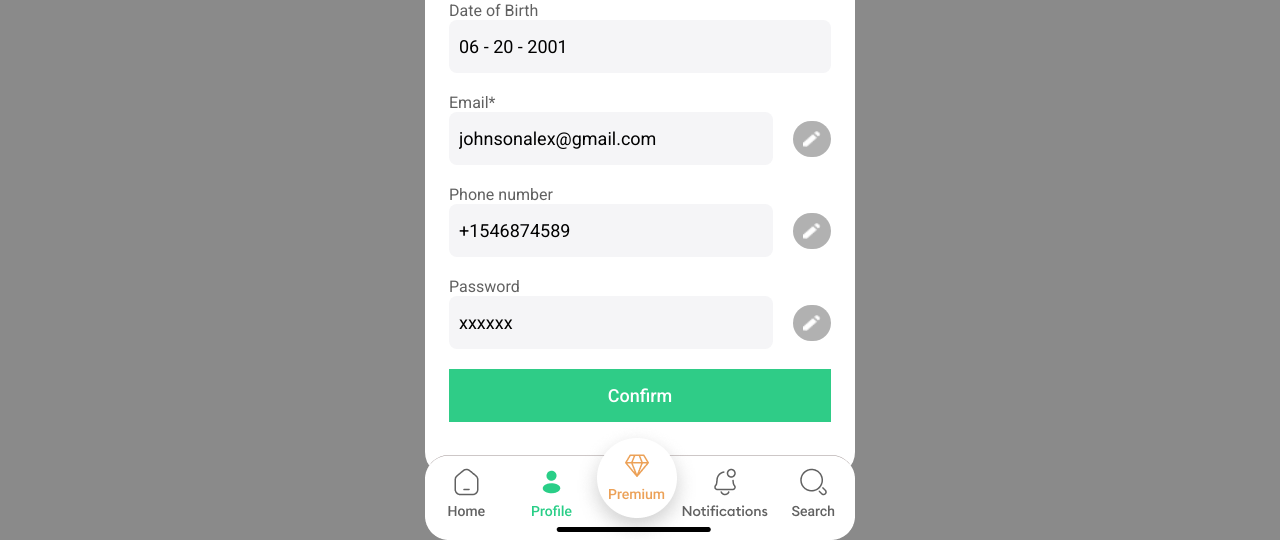
Repository: AytacSafarova/Task-figma-ui
Page: index.html
These files come from the project's save history. The page is drawn as it stood at one moment and after the next save; the edit follows.
The browser window is 1280 px wide. The pictures show the part of the page from y = 300 to 840 px (the page is 840 px tall).

Above is the page before, as saved 2023-02-25 19:46:24.

After the next save:
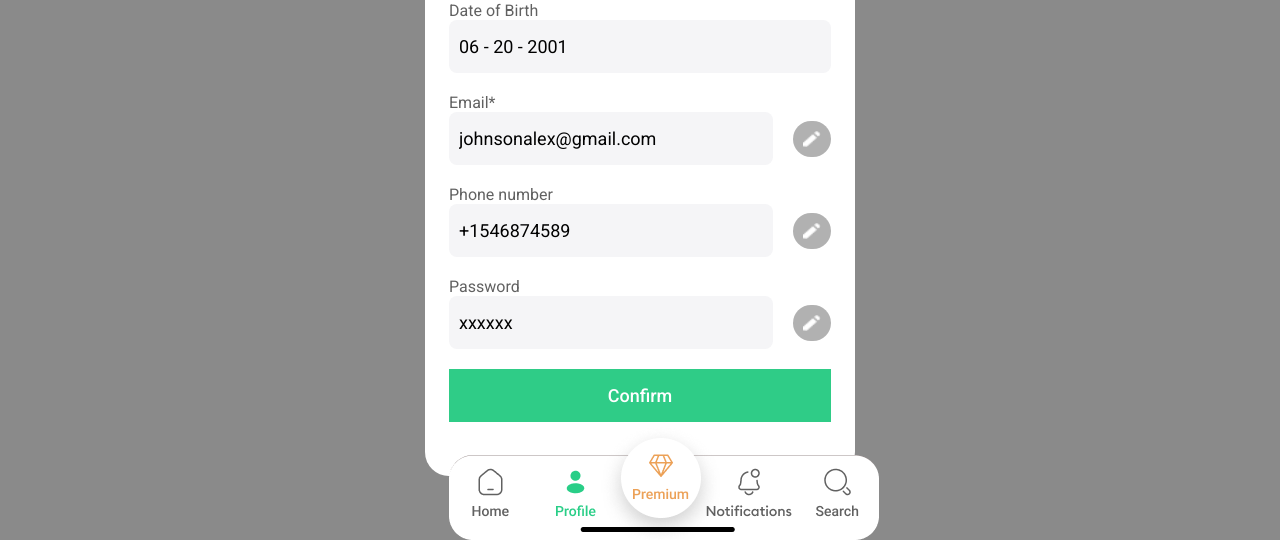
Saved 4 s later.
--- a/index.css
+++ b/index.css
@@ -139,5 +139,5 @@
 }
 footer {
   position: absolute;
-  left: 0;
+
 }

After the save that followed:
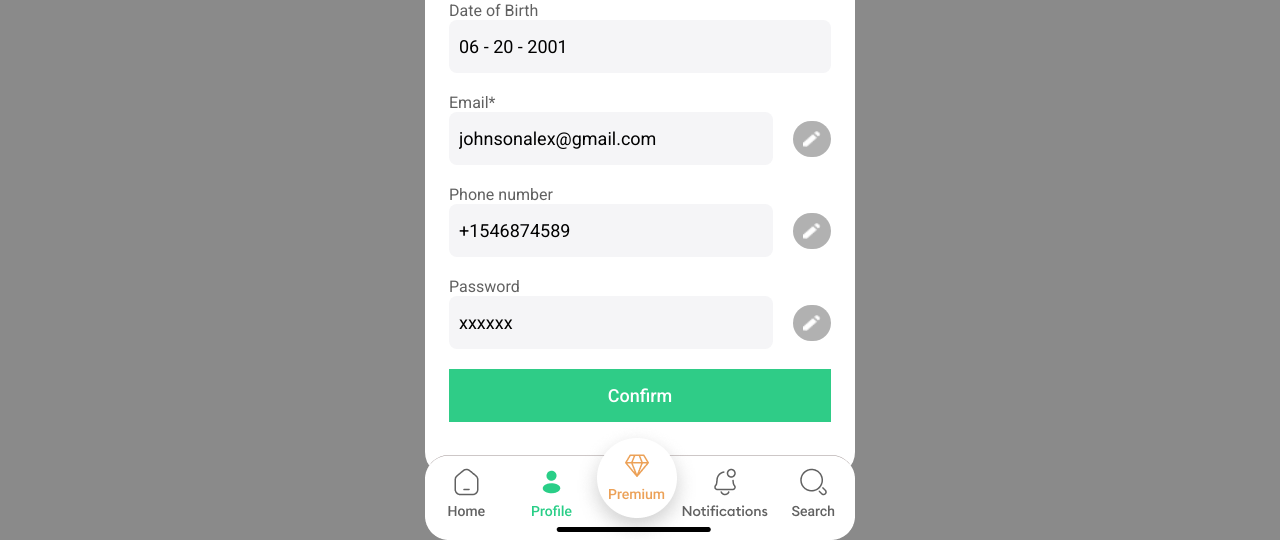
Saved 5 s later.
--- a/index.css
+++ b/index.css
@@ -139,5 +139,5 @@
 }
 footer {
   position: absolute;
-
+  left: 0;
 }
